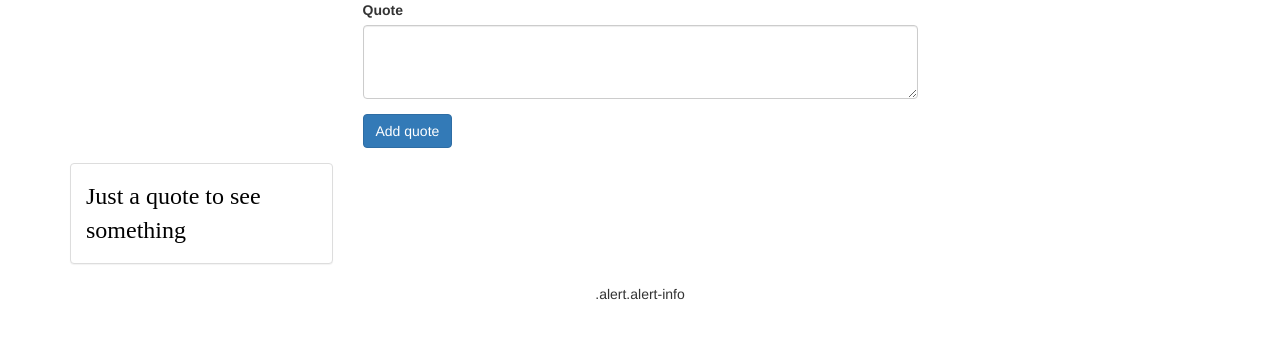
Repository: Azariagmt/Vue
Page: / (app in quote/Start/)
These files come from the project's save history. The page is drawn as it stood at one moment and after the next save; the edit follows.
The browser window is 1280 px wide. The pictures show the whole page.
Some web fonts or font styles are not loaded; a fallback is used. The project was rebuilt for these pictures with package versions that can differ from the ones it lists, and the page was loaded fresh each time. Also part of the build but not shown: quote/Start/webpack.config.js.

Above is the page before, as saved 2020-05-08 13:30:55.

### quote/Start/src/App.vue
<template>
    <div class="container">
        <app-new-qute @quoteAdded="newQuote"></app-new-qute>
    <app-quote-grid :quotes="quotes"></app-quote-grid>
    <div class="row">
        <div class="col-sm-12 text-center">
            .alert.alert-info
        </div>
    </div>
    </div>
</template>

<script>
import QuoteGrid from './components/QuoteGrid.vue';
import NewQuote from './components/NewQuote.vue';

    export default {
        data: function(){
            return{
                quotes: ['Just a quote to see something'],
                maxQuotes: 10
            }
        },
        methods:{
            newQuote(quote){
                this.quotes.push(quote);
            }
        },
        components:{
            appQuoteGrid: QuoteGrid,
            appNewQute: NewQuote
        }
    }
</script>

<style>
</style>

### quote/Start/src/components/QuoteGrid.vue
<template>
<div class="row">
<app-quote v-for="quote in quotes">{{quote}}</app-quote>
</div>
</template>

<script>
import Quote from './Quote.vue';

export default {
    props: ['quotes'],
    components: {
        appQuote: Quote
    }
}
</script>

<style scoped>

</style>

### quote/Start/src/components/NewQuote.vue
<template>
  <div class="row">
    <form>
      <div class="form-group col-sm-8 col-sm-offset-2 col-xs-12 col-md-6 col-md-offset-3">
        <label>Quote</label>
        <textarea class="form-control" rows="3" v-model="quote"></textarea>
      </div>
        <div class="form-group col-sm-8 col-sm-offset-2 col-xs-12 col-md-6 col-md-offset-3">
       <button class="btn btn-primary" @click.prevent="createNew()">Add quote</button>
          </div>
    </form>
  </div>
</template>

<script>
export default {
    data: function(){
        return {
            quote: ''
        }
    },
    methods:{
        createNew: function(){
            this.$emit('quoteAdded', this.quote);
            this.quote = '';
        }
    }
};
</script>

<style scoped>
</style>

### quote/Start/src/components/Quote.vue
<template>
<div class="col-sm-6 col-md-4 col-lg-3">
    <div class="panel panel-default">
        <div class="panel-body quote">
            <slot></slot>
        </div>
    </div>
</div>
</template>

<script>
export default {
    props: ['quotes']
}
</script>

<style>
        .panel-body{
            font-family: 'Arizonia', cursive;
            font-size: 24px;
            color: black;
        }
        .quote{
            cursor:pointer;
        }
        .quote:hover{
            background-color: aqua;
        }
</style>

Loaded but not shown: quote/Start/index.html (common file); quote/Start/src/main.js (common file)

After the next save:
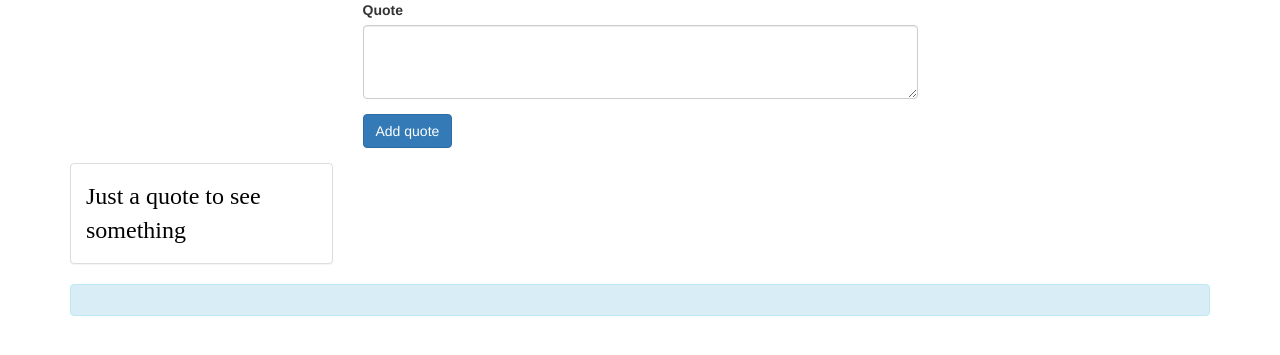
Saved 4 s later.
--- a/quote/Start/src/App.vue
+++ b/quote/Start/src/App.vue
@@ -4,7 +4,9 @@
     <app-quote-grid :quotes="quotes"></app-quote-grid>
     <div class="row">
         <div class="col-sm-12 text-center">
-            .alert.alert-info
+            <div class="alert alert-info">
+
+            </div>
         </div>
     </div>
     </div>
